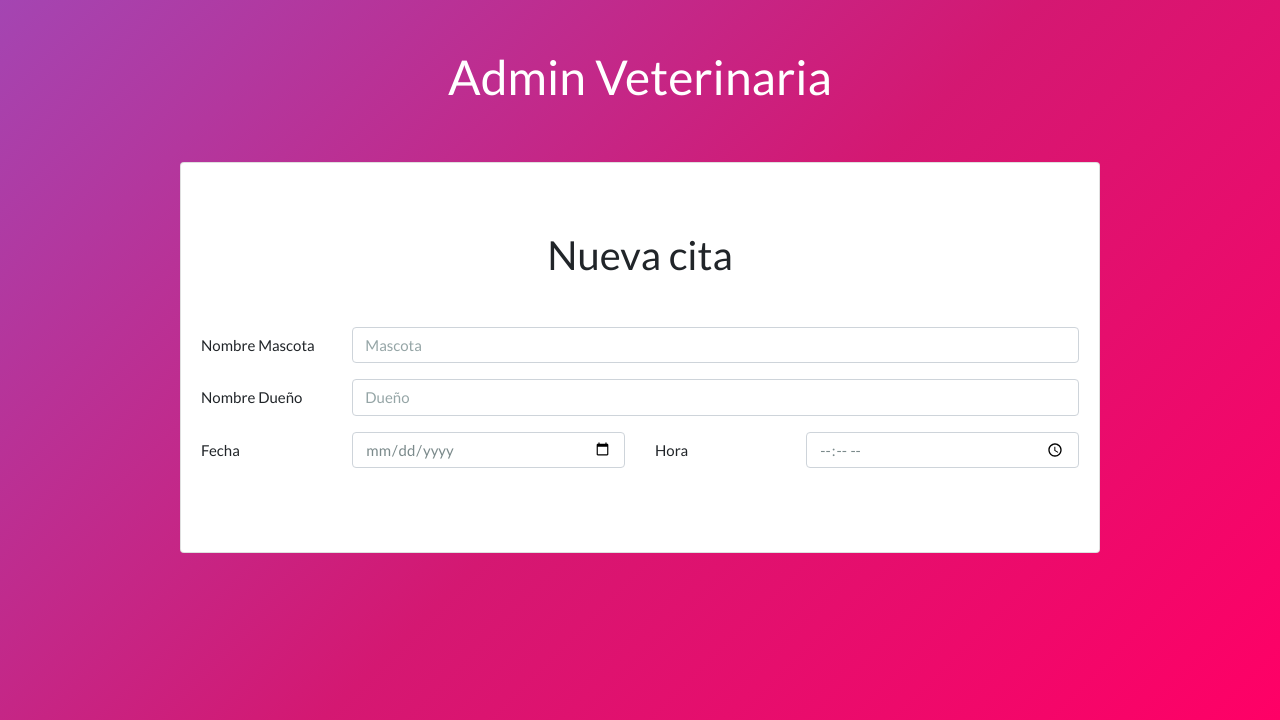
Repository: ppfeliuu/Veterinaria
Page: /
An editor plug-in stored every save of this project. The page is shown before and after the next save, followed by the edit.
The browser window is 1280 px wide. The pictures show the whole page.
The project was rebuilt for these pictures with package versions that can differ from the ones it lists, and the page was loaded fresh each time.

Above is the page before, as saved 2019-06-17 17:14:20.

After the next save:
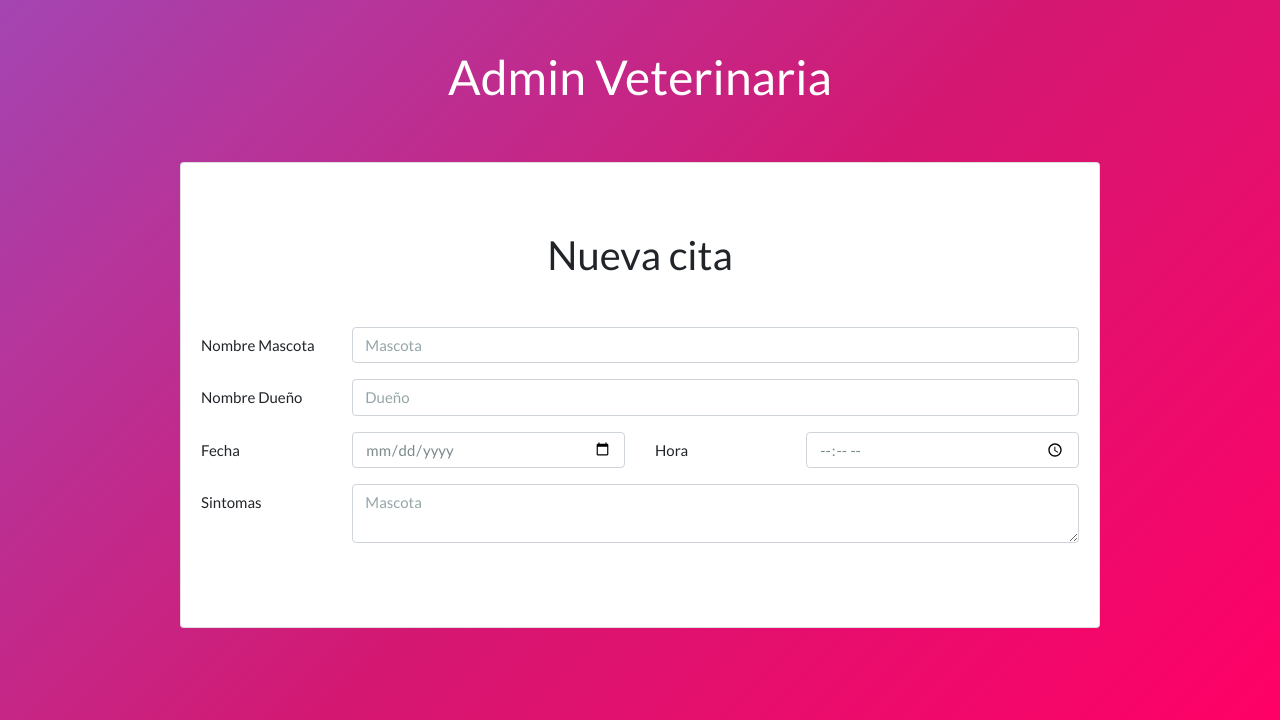
Saved 114 s later.
--- a/src/components/NuevaCita.js
+++ b/src/components/NuevaCita.js
@@ -60,6 +60,19 @@ class NuevaCita extends Component {
                                 placeholder="Mascota" />
                           </div>
                         </div>
+
+                        <div class="form-group row">
+                          <label className="col-sm-4 col-lg-2 col-form-label">Sintomas</label>
+                          <div className="col-sm-8 col-lg-10">
+                              <textarea
+                              className="form-control"
+                              type="text"
+                              name="fecha"
+                              id=""
+                              placeholder="Mascota">
+                              </textarea>
+                          </div>
+                        </div>
                     </form>
                 </div>
             </div>
